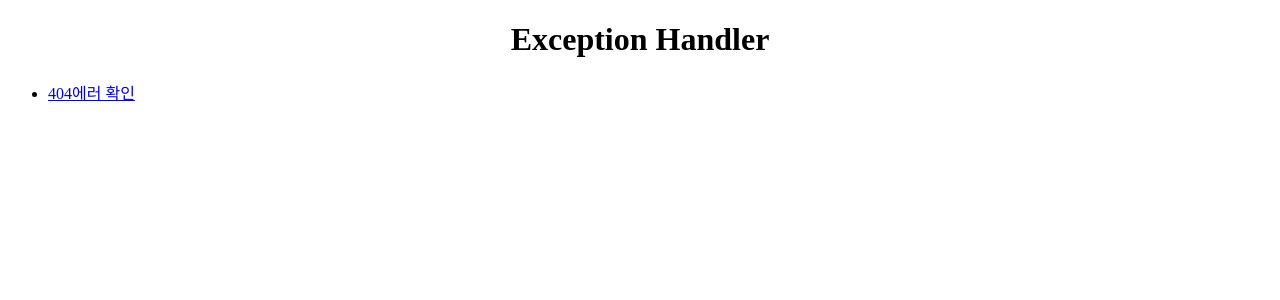
Repository: jisoo9603/servlet
Page: workspace/chap06-exception-handler-lecture-source/src/main/webapp/index.html
These files come from the project's save history. The page is drawn as it stood at one moment and after the next save; the edit follows.
The browser window is 1280 px wide. The pictures show the whole page.

Above is the page before, as saved 2023-03-21 02:52:44.

After the next save:
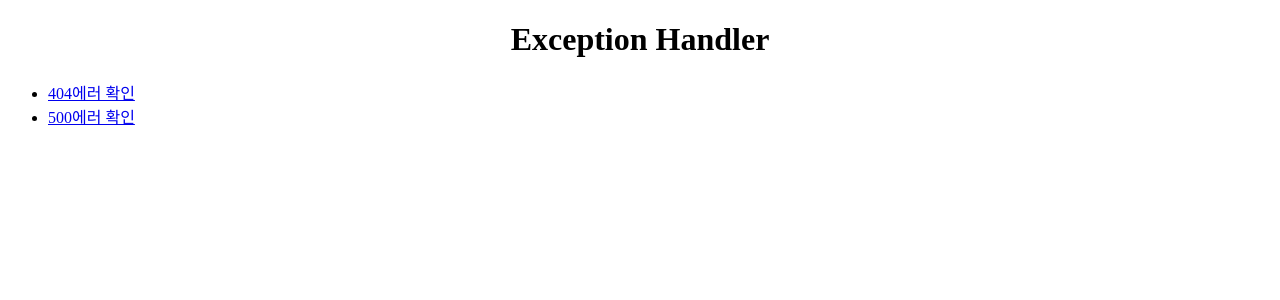
Saved 7 min 16 s later.
--- a/workspace/chap06-exception-handler-lecture-source/src/main/webapp/index.html
+++ b/workspace/chap06-exception-handler-lecture-source/src/main/webapp/index.html
@@ -8,6 +8,7 @@
    <h1 align="center">Exception Handler</h1>
    <ul>
       <li><a href="Show404Error">404에러 확인</a></li>
+      <li><a href="Show500Error">500에러 확인</a></li>
    </ul>
 </body>
 </html>
